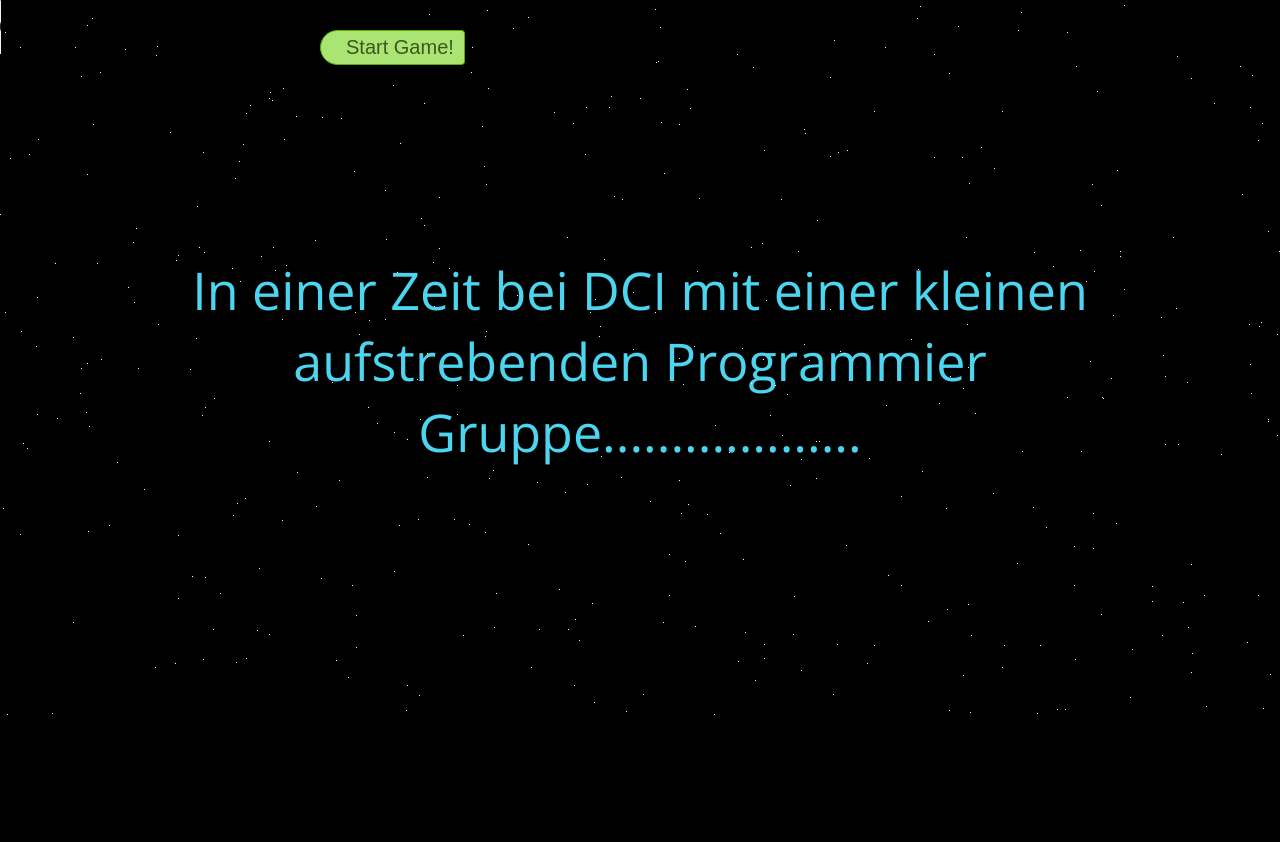
Repository: Der-Metatron/Projekt-Omega-Sprotte
Page: /
These files come from the project's save history. The page is drawn as it stood at one moment and after the next save; the edit follows.
The browser window is 1280 px wide. The pictures show the whole page.
The project was rebuilt for these pictures with package versions that can differ from the ones it lists, and the page was loaded fresh each time. Also part of the build but not shown: src/services/game-control.js, src/components/GameCanvas.jsx, src/components/Footer.jsx.

Above is the page before, as saved 2022-06-23 17:25:43.

### public/index.html
<!DOCTYPE html>
<html lang="de">
  <head>
    <meta charset="UTF-8" />
    <meta name="Metatron" content="width=device-width, initial-scale=1.0" />
    <link rel="stylesheet" href="style.css" />

    <title>Projekt-Omega></title>
  </head>

  <body>
    <!-- <body onload="startGame()"> -->
    <div id="root"></div>
    <!-- TEST -->
    <div id="canvasbackground"></div>
  </body>
</html>

### src/App.js
/* Hier werden die Einzelnen Seiten Hinzugefügt */
import "./App.css";
import { useState } from "react";
import { GameCanvas } from "./components/GameCanvas";
import { Welcome } from "./components/Welcome";
import { Footer } from "./components/Footer";

function App() {
  const [currentPage, setCurrentPage] = useState(0);
  return (
    <div className="App">
      {currentPage === 0 ? (
        <>
          <Welcome
            onContinue={() => {
              setCurrentPage(1);
            }}
          />
        </>
      ) : (
        <>
          <h1>Projekt Omega</h1>
          <GameCanvas />
          <Footer />
        </>
      )}
    </div>
  );
}

export default App;

### src/App.css
:root {
  background-color: black;
  color: aliceblue;
}
h1 {
  color: brown;
  text-align: center;
}
footer {
  color: aliceblue;
  text-align: center;
}

.App {
  text-align: center;
}

.App-logo {
  height: 40vmin;
  pointer-events: none;
}

@media (prefers-reduced-motion: no-preference) {
  .App-logo {
    animation: App-logo-spin infinite 20s linear;
  }
}

.App-header {
  background-color: #282c34;
  min-height: 100vh;
  display: flex;
  flex-direction: column;
  align-items: center;
  justify-content: center;
  font-size: calc(10px + 2vmin);
  color: white;
}

.App-link {
  color: #61dafb;
}

@keyframes App-logo-spin {
  from {
    transform: rotate(0deg);
  }
  to {
    transform: rotate(360deg);
  }
}

### src/components/Welcome.jsx
import React from "react";
import "./Welcome.css";
import ReactAudioPlayer from "react-audio-player";

function randomPosition() {
  let y = window.innerWidth;
  let x = window.innerHeight;
  let randomX = Math.floor(Math.random() * x);
  let randomY = Math.floor(Math.random() * y);
  return [randomX, randomY];
}

export const Welcome = ({ onContinue }) => {
  const starDivs = [];
  for (let i = 0; i < 400; i++) {
    let xy = randomPosition();
    starDivs.push(
      <div
        key={i}
        className="stars"
        style={{
          top: xy[0],
          left: xy[1],
        }}
      ></div>
    );
  }
  /* ----------------------------------------------------------------------------- */
  console.log(starDivs);
  /* ------------------------------------------------------------------------------ */
  return (
    <div className="welcome-container">
      {starDivs}

      {/* <!-- Erste Inro laufschrift --> */}

      <section className="intro">
        In einer Zeit bei DCI mit einer kleinen aufstrebenden Programmier
        Gruppe...................
      </section>
      <section className="logo">
        <img src="/img/1mfdt1024.jpg" alt="Projekt-Omega Geschichte" />
      </section>
      <div id="scroller">
        <div id="content">
          <p id="title">Episode DCI Abschlussprojekt</p>
          <br></br>
          <p id="subtitle">Projekt-Omega</p>
          <br />
          <p>
            Du bist alleine mit deinen Raumschiff Omega und kämpfst in einer
            Dystopischen Welt voller feindlichen Gegnern ums überleben.Während
            des 21.Jahrhundert befinden sich in der Umlaufbahn des Planeten Erde
            durch Umweltverschmutzung,zügelloser verbrauch der Ressourcen und
            Machthungriger Politiker Unmengen an Weltraum Schrott, Satelliten
            und Gruppen verschiedener Fraktionen die versuchen dir das Licht
            auszuknipsen dazu kommen nach und nach eine Invasion von Feindlichen
            Flug Objekten dazu und machen dir das Leben zur Hölle. Messe dich
            mit anderen Spielern um die Höchste Punktzahl,verewige dich in der
            Highscore und werde der Ultimative Retter des Universums.
          </p>
          <p>
            Idee: Der Metatron. Programming: Der Metatron, Serdar, Dennis. Musik
            & Sound: Der Metatron. Grafik: Emergancy-Romm Tattoo, Pixbay, Der
            Metatron. Backend: Serdar. Canvas build React: Ralf.
          </p>
          <p>Erstellt mit: Canvas, Html, Reackt, MongoDb, Express, Css.</p>
          <p>
            Danke an alle die uns bei diesen Projekt unterstützt haben und uns
            die gelegenheit gegeben haben unser Ideen zu verwirklichen.Special
            Thanks to Ralf & Chriatian. Und jetzt viel Spaß beim Zocken!!!
          </p>
        </div>
      </div>

      <footer>
        {/* ---------------------AUDIO-------------------------------------------- */}
        <ReactAudioPlayer
          src="/audio/Musik/Projekt Omega cut.mp3"
          autoPlay
          controls
          volume={0.5}
        />
        {/* ----------------------------------------------------------------------- */}
        <button
          onClick={() => {
            onContinue();
          }}
        >
          Start Game!
        </button>
      </footer>
    </div>
  );
};

### src/components/Welcome.css
@import url("https://fonts.googleapis.com/css2?family=Open+Sans&display=swap");

.welcome-container {
  margin: 0;
  background-color: #000;
  overflow: hidden !important;
}

.welcome-container::after {
  content: "";
  position: fixed;
  top: 0;
  left: 0;
  width: 100%;
  height: 80vh;
  background: linear-gradient(
    to bottom,
    rgba(0, 0, 0, 1) 61%,
    rgba(0, 0, 0, 0.54) 79%,
    rgba(0, 0, 0, 0) 100%
  );
  z-index: 1;
}

.stars {
  position: absolute;
  width: 1px;
  height: 1px;
  background-color: #fff;
  z-index: 3;
}

.intro {
  position: absolute;
  top: 50%;
  left: 50%;
  transform: translate(-50%, -50%);
  z-index: 2;
  color: rgb(75, 213, 238);
  font-family: "Open Sans", sans-serif;
  font-weight: 500;
  font-size: 3.25rem;
  width: 80%;
  opacity: 0;
  animation: intro 6s ease-out 0.5s;
}

@keyframes intro {
  0% {
    opacity: 0;
  }
  20% {
    opacity: 1;
  }
  90% {
    opacity: 1;
  }
  100% {
    opacity: 0;
  }
}

.logo {
  position: absolute;
  top: 50%;
  left: 50%;
  transform: translate(-50%, -50%);
  z-index: 2;
  width: 100%;
  opacity: 0;
  animation: logo 10s ease-out 9s;
}

.logo img {
  width: inherit;
}

@keyframes logo {
  0% {
    opacity: 1;
    transform: translate(-50%, -50%) scale(2);
  }
  70% {
    opacity: 1;
  }
  100% {
    opacity: 0;
    transform: translate(-50%, -50%) scale(0.1);
  }
}

p {
  color: #ffe81f;
}

#scroller {
  font-family: sans-serif;
  font-weight: bold;
  font-size: 350%;
  text-align: justify;
  overflow: hidden;
  height: 50em;
  width: 20em;
  position: absolute;
  bottom: 0;
  left: 50%;
  margin-left: -10em;
  z-index: 0;
  transform: perspective(350px) rotateX(25deg);
  transform-origin: 50% 100%;
}

#scroller::after {
  position: absolute;
  content: "";
  bottom: 60%;
  left: 0;
  right: 0;
  top: 0;
}

#content {
  position: absolute;
  top: 100%;
  animation: scoller 100s linear 16s;
}

@keyframes scoller {
  0% {
    top: 100%;
  }
  100% {
    top: -200%;
  }
}

#title,
#subtitle {
  text-align: center;
  line-height: 1.5rem;
}

#subtitle {
  text-transform: uppercase;
  font-size: 3.5rem;
}

footer {
  position: absolute;
  z-index: 10;
}
/*  */
button {
  display: inline-block;
  margin: 20px;
  text-decoration: none;
  font-family: Arial;
  font-size: 20px;
  border: 1px solid #56ae00;
  border-radius: 25px 5px 5px 25px;
  background-color: #aae472;
  color: #3c5721;
  padding: 5px 10px 5px 25px;
}
button:hover {
  padding: 5px 25px 5px 10px;
  border-radius: 5px 25px 25px 5px;
}

.button1 {
  position: absolute;
  z-index: 11;
  float: right;
  margin-left: 0.5em;
}

### src/components/GameCanvas.css
canvas {
  background-color: rgba(168, 35, 35, 0.8);
  padding-left: 0;
  padding-right: 0;
  margin-left: auto;
  margin-right: auto;
  display: block;
  width: 1224px;
  height: 640px;
  padding: 1rem;
}

Loaded but not shown: src/index.js (common file); src/index.css (common file); src/reportWebVitals.js (common file); public/style.css (empty)

After the next save:
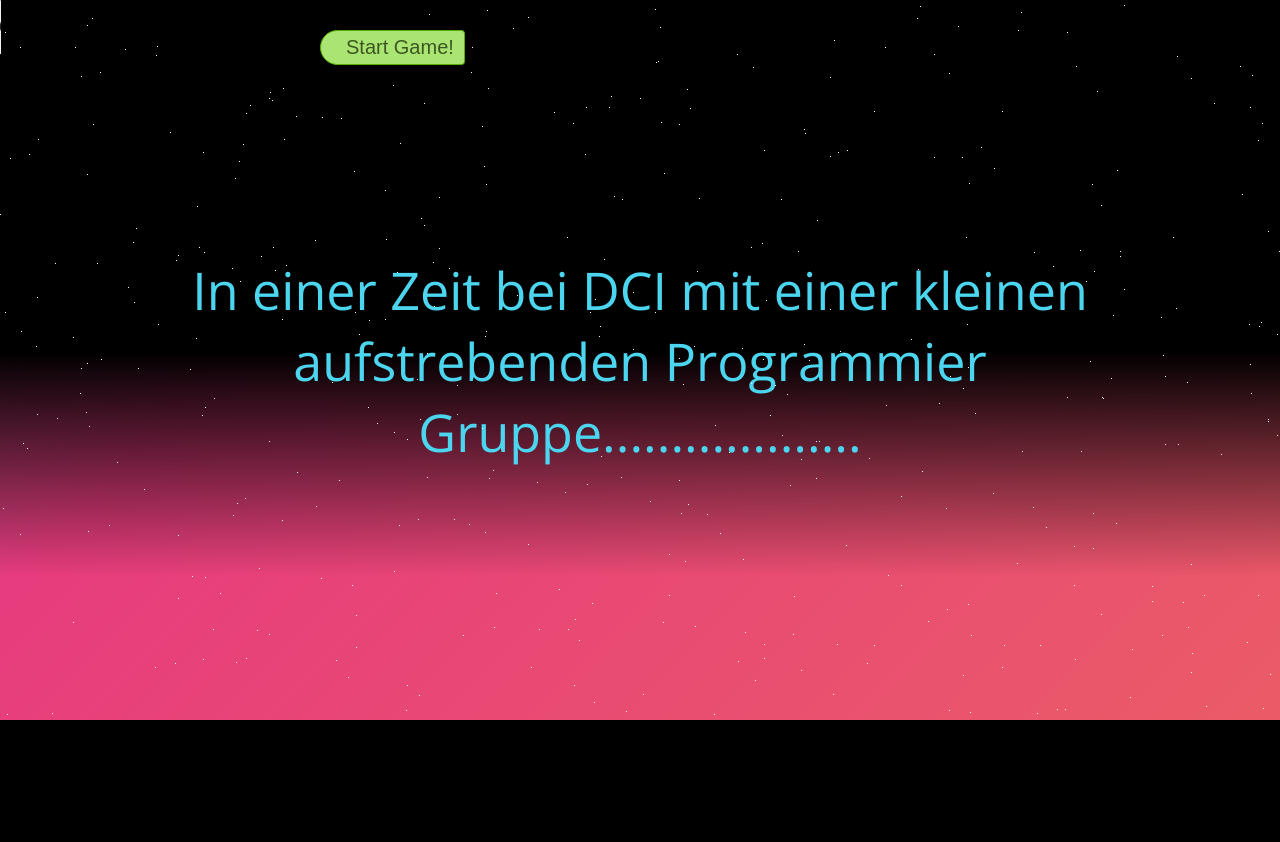
Saved 3 min 15 s later.
--- a/src/components/GameCanvas.css
+++ b/src/components/GameCanvas.css
@@ -9,3 +9,26 @@
   height: 640px;
   padding: 1rem;
 }
+html,
+body {
+  width: 100%;
+  height: 100%;
+}
+
+body {
+  background: linear-gradient(-45deg, #ee7752, #e73c7e, #23a6d5, #23d5ab);
+  background-size: 400% 400%;
+  animation: gradient 15s ease infinite;
+}
+
+@keyframes gradient {
+  0% {
+    background-position: 0% 50%;
+  }
+  50% {
+    background-position: 100% 50%;
+  }
+  100% {
+    background-position: 0% 50%;
+  }
+}
